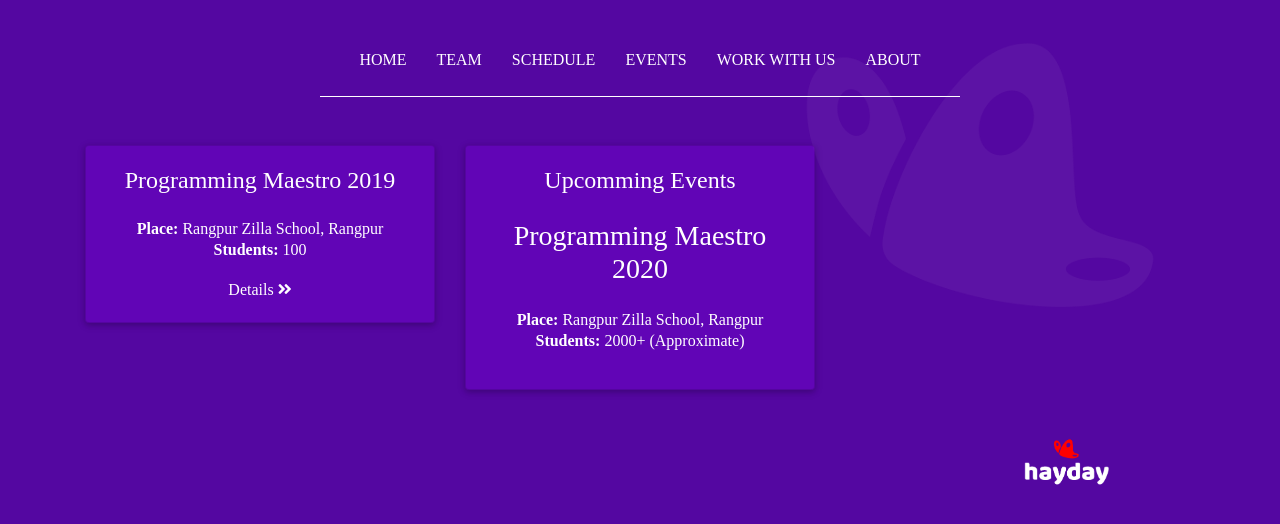
Repository: im1971/company-web
Page: event.html
The author's editor kept a copy of each file at every save. The page is drawn from the files as they stood at one save, then again after the next save.
The browser window is 1280 px wide. The pictures show the whole page.
Some web fonts or font styles are not loaded; a fallback is used.

Above is the page before, as saved 2020-02-02 16:48:21.

After the next save:
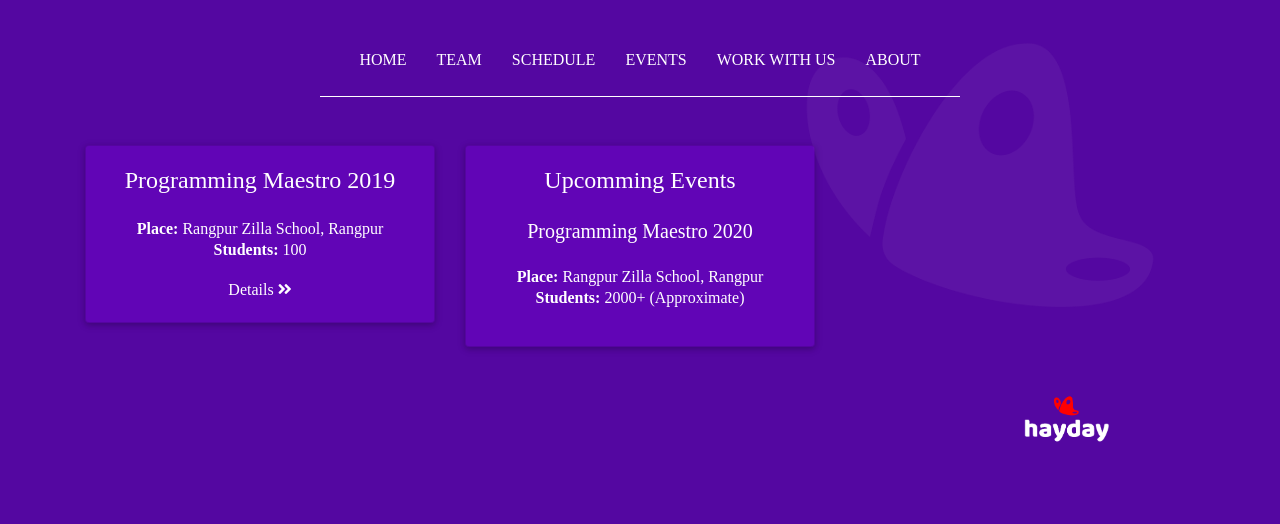
Saved 23 s later.
--- a/event.html
+++ b/event.html
@@ -73,7 +73,7 @@
                         <div class="card wrap_event">
                             <div class="card-body">
                                 <h4 class="mb-4">Upcomming Events</h4>
-                                <h3 class="mb-4">Programming Maestro 2020</h3>
+                                <h5 class="mb-4">Programming Maestro 2020</h5>
                                 <h6 class="mb-0"><b>Place:</b> Rangpur Zilla School, Rangpur </h6>
                                 <p><b>Students:</b> 2000+ (Approximate)</p>
                                 <!-- <a class="text-white" href="2019.html">Details <i class="fas fa-angle-double-right"></i></a> -->
